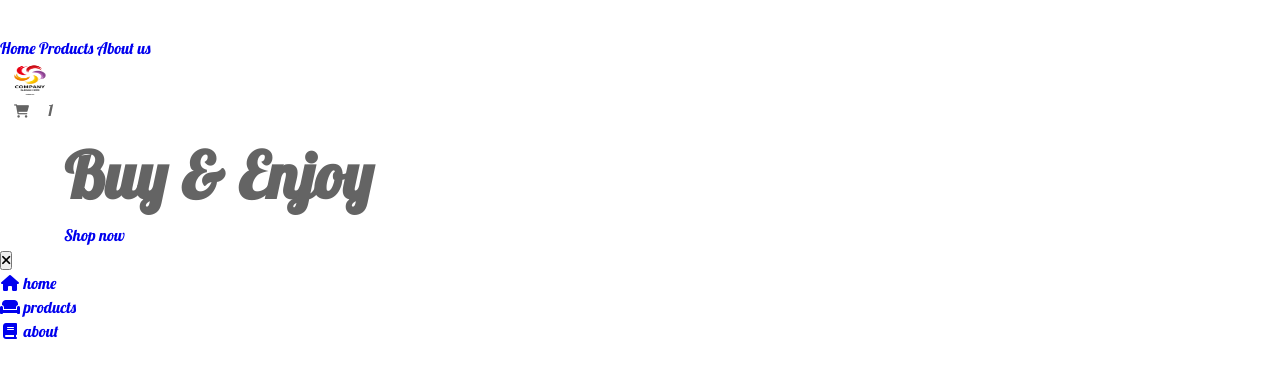
Repository: tetlisna/myprojectJS2
Page: index.html
The author's editor kept a copy of each file at every save. The page is drawn from the files as they stood at one save, then again after a run of saves.
The browser window is 1280 px wide. The pictures show the whole page.
Some web fonts or font styles are not loaded; a fallback is used.

Above is the page before, as saved 2022-09-04 19:50:05.

### index.html
<!DOCTYPE html>
<html lang="en">
  <head>
    <meta charset="UTF-8" />
    <meta name="viewport" content="width=device-width, initial-scale=1.0" />
    <link rel="stylesheet" href="/css/style.css" />
    <link
      rel="stylesheet"
      href="https://cdnjs.cloudflare.com/ajax/libs/font-awesome/6.2.0/css/all.min.css"
    />
    <title>E-commers</title>
  </head>
  <body>
    <!-- Nav left -->
    <nav class="navbar">
      <div class="menu-line">
        <div class="wrapper">
          <button class="nav-logo">
            <i class="fa-sharp fa-solid fa-bars"></i>
          </button>
          <a href="#" href="index.html" class="nav-link">Home</a>
          <a href="#" href="products.html" class="nav-link">Products</a>
          <a href="#" href="about-us.html" class="nav-link">About us</a>
        </div>
        <!-- Logo -->
        <img src="/img/logo.png" class="nav-logo" alt="logo" width="100px" />
        <!-- Cart-->
        <div class="cart-side-container">
          <button class="cart-side">
            <i class="fa-sharp fa-solid fa-cart-shopping"></i>
          </button>
          <span class="cart-item-amount">1</span>
        </div>
      </div>
    </nav>

    <!--Main section-->

    <section class="main">
      <div id="main-container">
        <h1 class="text-main">Buy & Enjoy</h1>
        <a href="products.html" class="main-btn"> Shop now </a>
      </div>
    </section>
    <!--Side section-->

    <div class="sidebar-pop-out">
      <aside class="sidebar">
        <!-- close -->
        <button class="sidebar-close">
          <i class="fas fa-times"></i>
        </button>
        <!-- links -->
        <ul class="sidebar-links">
          <li>
            <a href="index.html" class="sidebar-link">
              <i class="fas fa-home fa-fw"></i>
              home
            </a>
          </li>
          <li>
            <a href="products.html" class="sidebar-link">
              <i class="fas fa-couch fa-fw"></i>
              products
            </a>
          </li>
          <li>
            <a href="about.html" class="sidebar-link">
              <i class="fas fa-book fa-fw"></i>
              about
            </a>
          </li>
        </ul>
      </aside>
    </div>
    <script src="script.js"></script>
  </body>
</html>

### css/style.css
@import url('https://fonts.googleapis.com/css2?family=Lobster&family=Qwitcher+Grypen&family=Roboto:wght@300&display=swap');
:root {
    --transition: all 0.3s linear;
    --spacing: 0.1rem;
    --radius: 0.25rem;
    --max-width: 1170px;
    --fixed-width: 620px;
    --white-bg:rgb(255, 255, 255);
    --dark-grey:rgb(100, 100, 100);
    --grey-red:rgb(190, 100, 100);
    --black-light:rgb(56, 56, 56);

}

* {
    margin: 0;
    padding: 0;
    box-sizing: border-box;
}
.container {
    max-width: 980px;
    margin: auto;
}
a {
    text-decoration: none;
  }
body {
    font-family: 'Lobster', cursive,'Qwitcher Grypen', cursive,'Roboto', sans-serif;
    background: var(--white-bg);
    color: var(--dark-grey);
    line-height: 1.5;
    font-size: 0.875rem;
}
p {
    margin-bottom: 1.25rem;
    color: var(--dark-grey);
}
.hero-btn {
    color: var(--dark-grey);
}

 @media screen and (min-width: 800px) {
    h1 {
        font-size: 4rem;

    }
    body {
        font-size: 1rem;
    }
 }
.img {
    width: 100%;
    display: block;
}
.main {
    width: 90vw;
    max-width: var(--max-width);
    margin: 0 auto;
}
.main-btn:hover {
    color: var(--grey-red);

}
.cart-side {
    background: var(--clr-primary-5);
    color: var(--clr-white);
    border-radius: var(--radius);
    padding: 0.375rem 0.75rem;
    letter-spacing: var(--spacing);
    display: inline-block;
    transition: var(--transition);
    border-color: transparent;
    cursor: pointer;
  }
  /* .cart-side:hover {
    background: var(--white-bg);
    color: var(--dark-grey);
  } */
.nav-logo {
    background: var(--c--dark-grey);
    border-color: transparent;
    color: var(--white-bg);
    width: 3.75rem;
    height: 2.25rem;
    display: flex;
    align-items: center;
    justify-content: center;
    font-size: 1.5rem;
    border-radius: 2rem;
    cursor: pointer;
    transition: var(--transition);
}

### script.js
class User {
	constructor (name, balance){
		this.name = name,
		this.balance = balance
	}
	showOrderHistory(sortWay, fieldName, totalAmount, orderDate){

	}
	getCart(){
		return this.cart;
	}
	addOrder(){
		return this.order;
	}

}
class Order{
	constructor (order, totalPrice, date){
		this.order = order,
		this.price = totalPrice,
		this.date = date
	}

}

After the next 2 saves:
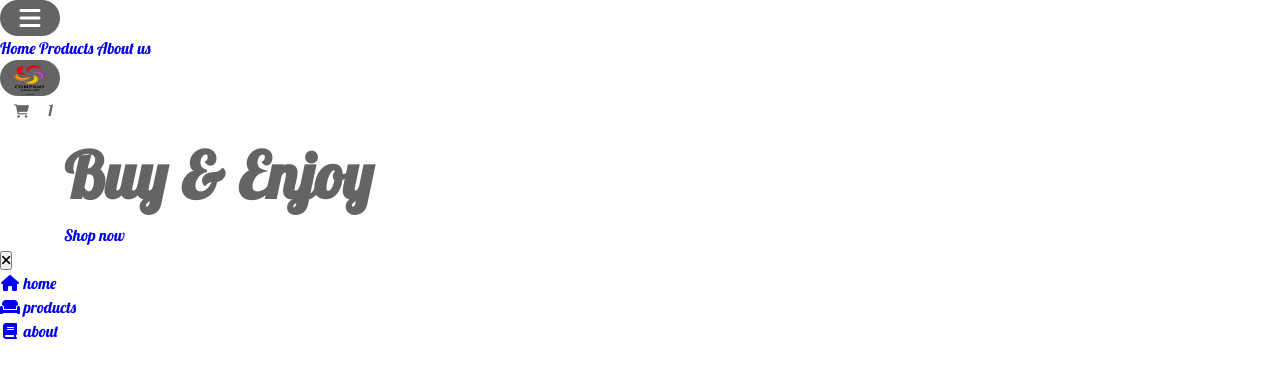
The 2 saves are shown as one change because they came seconds apart.
The last was saved 6 s later.
--- a/css/style.css
+++ b/css/style.css
@@ -77,7 +77,7 @@ p {
     color: var(--dark-grey);
   } */
 .nav-logo {
-    background: var(--c--dark-grey);
+    background: var(--dark-grey);
     border-color: transparent;
     color: var(--white-bg);
     width: 3.75rem;
